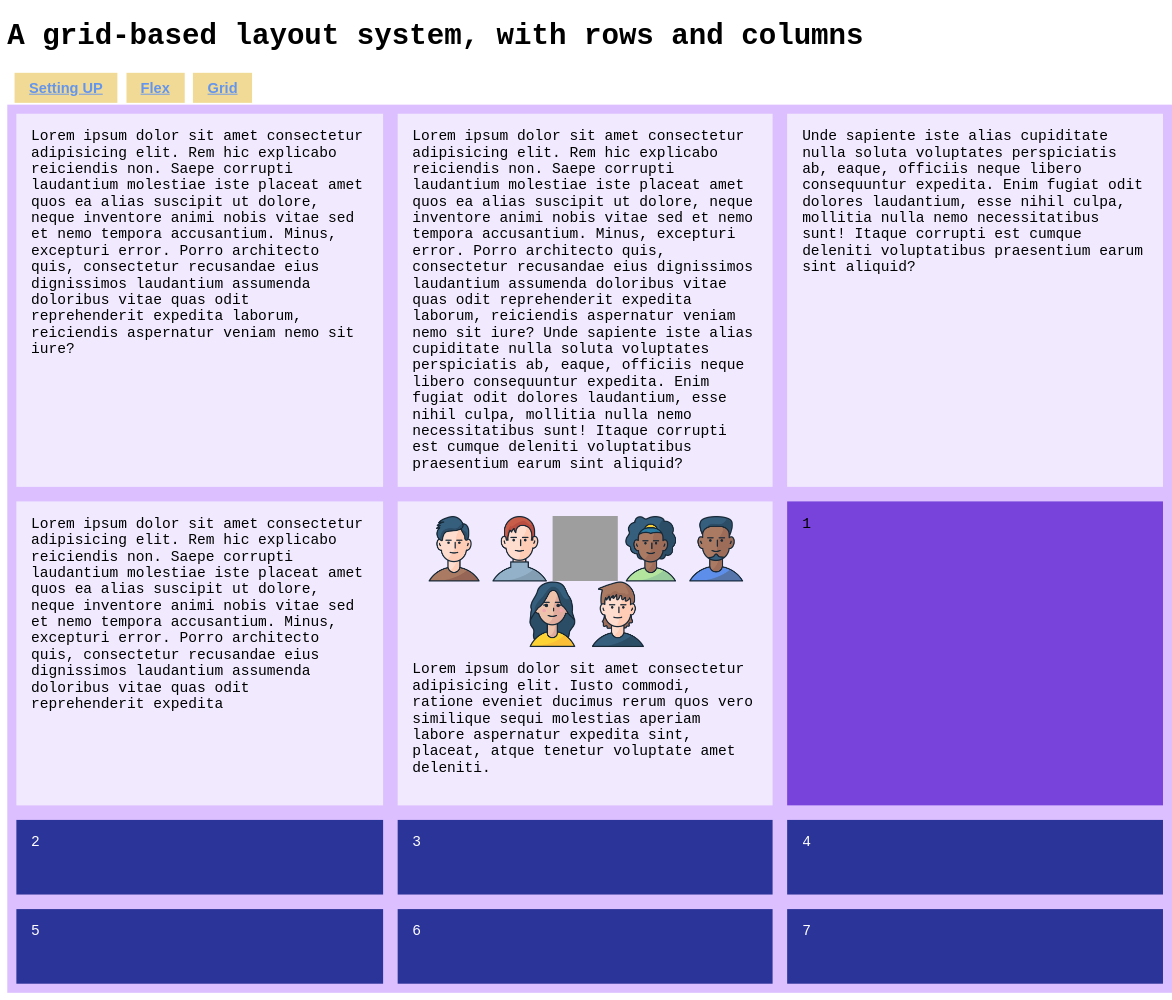
Repository: YingCG/learning-blog
Page: grid.html
An editor plug-in stored every save of this project. The page is shown before and after the next save, followed by the edit.
The browser window is 1280 px wide. The page is 1288 px wide, then 1280 px, so the pictures cover 1288 px, including what lies to the right of the window. The pictures show the whole page, at 91% of full size.
Pictures or frames that could not be fetched are drawn as grey boxes.

Above is the page before, as saved 2023-11-15 13:17:23.

After the next save:
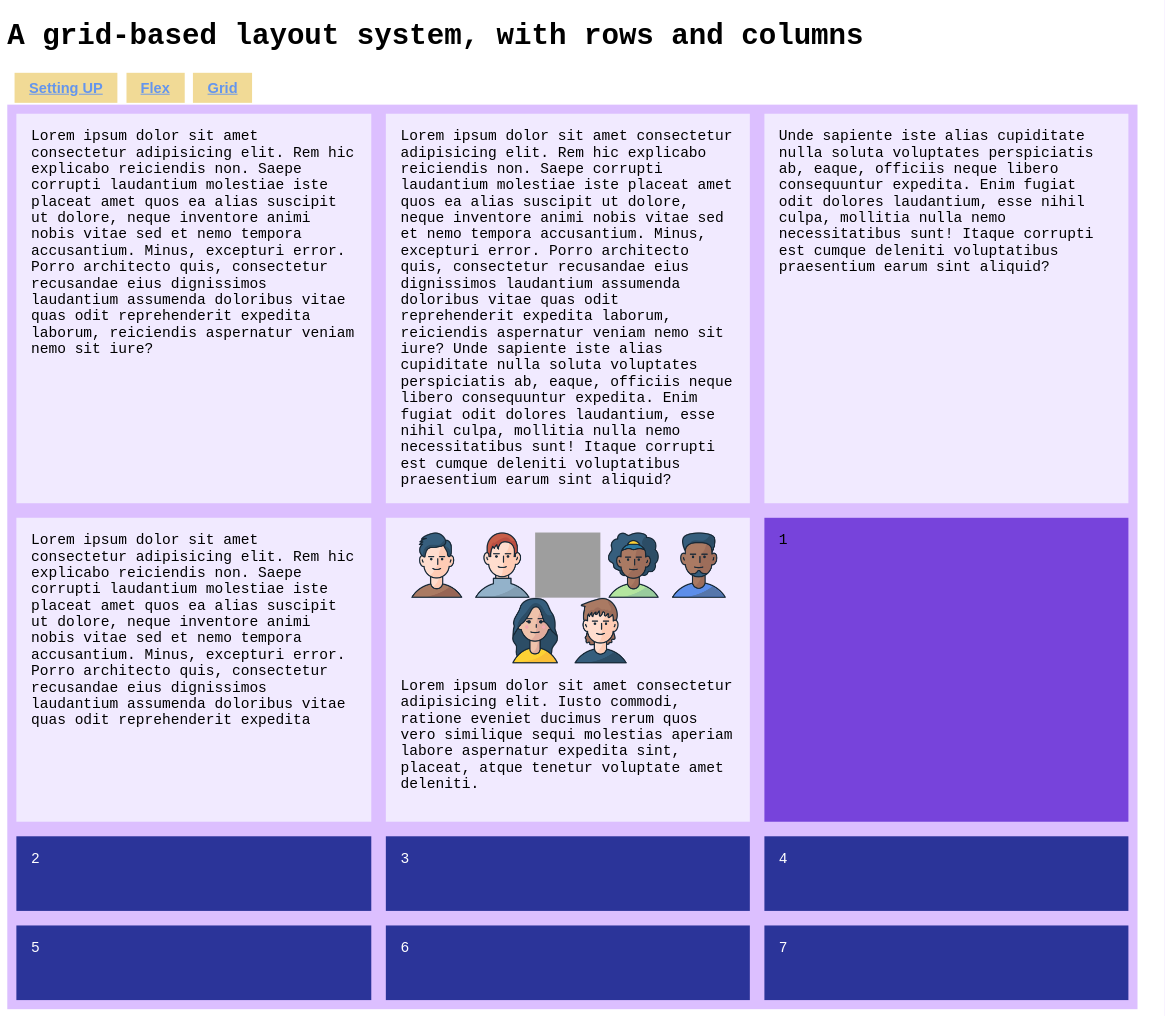
Saved 34 s later.
--- a/style/style.css
+++ b/style/style.css
@@ -3,7 +3,7 @@
 }
 
 body {
-  width: 100vw;
+  width: 97vw;
 }
 
 .alltogether {
